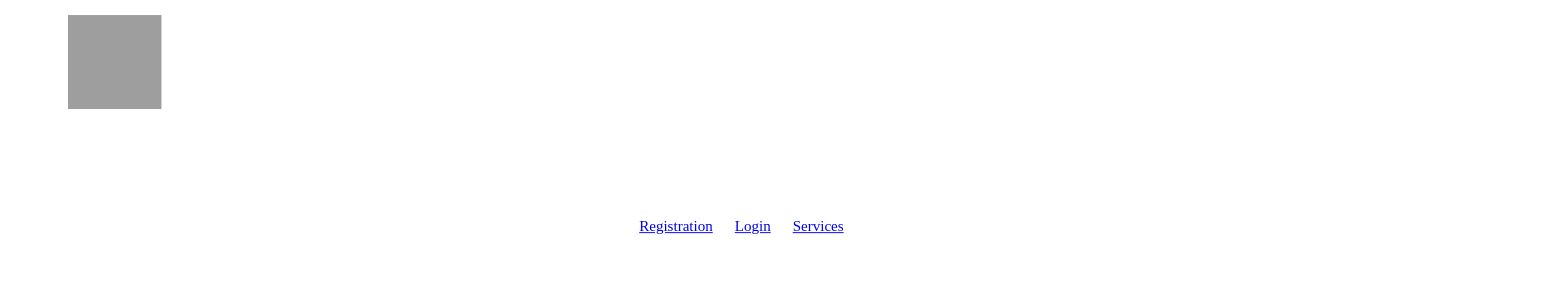
Repository: cb007/cbRepository
Page: http://localhost/SpringMvc/
The author's editor kept a copy of each file at every save. The page is drawn from the files as they stood at one save, then again after the next save.
The browser window is 1280 px wide. The page is 1651 px wide, then 1462 px, so the pictures cover 1651 px, including what lies to the right of the window. The pictures show the whole page, at 94% of full size.
Pictures or frames that could not be fetched are drawn as grey boxes. The page is served by Tomcat 9. Other server files are loaded and not shown.

Above is the page before, as saved 2017-02-23 12:02:36.

### spring-hibernate/SpringMvc/WebContent/index.jsp
<%@ page language="java" contentType="text/html; charset=ISO-8859-1"
    pageEncoding="ISO-8859-1"%>
<!DOCTYPE html>
<html>
<head>
<meta http-equiv="Content-Type" content="text/html; charset=ISO-8859-1">
<title>Welcome To The World Of Banking</title>
<link type="text/css" rel="stylesheet" href="styles/main.css">
</head>
<body>
<section>
<img src="images/Standard_Chartered.svg">
</section>
<div>
<p>${message}</p>
</div>
<section class="menu">
<ul>
<li><a href="#">Registration</a></li>
<li><a href="#">Login</a></li>
<li><a href="#">Services</a></li>
</ul>
</section>
</body>
</html>

### spring-hibernate/SpringMvc/WebContent/WEB-INF/dispatcher-servlet.xml
<beans xmlns="http://www.springframework.org/schema/beans"
 xmlns:xsi="http://www.w3.org/2001/XMLSchema-instance"
  xmlns:mvc="http://www.springframework.org/schema/mvc"
  xmlns:context="http://www.springframework.org/schema/context"
  xmlns:tx="http://www.springframework.org/schema/tx"
  xsi:schemaLocation="http://www.springframework.org/schema/mvc
   http://www.springframework.org/schema/mvc/spring-mvc-3.0.xsd
        http://www.springframework.org/schema/beans
         http://www.springframework.org/schema/beans/spring-beans.xsd
        http://www.springframework.org/schema/tx
         http://www.springframework.org/schema/tx/spring-tx-3.0.xsd
        http://www.springframework.org/schema/context
         http://www.springframework.org/schema/context/spring-context-3.0.xsd">

 <mvc:annotation-driven/>
 <mvc:resources location="/images/" mapping="/images/**"/>
 <mvc:resources location="/styles/" mapping="/styles/**"/>
 <context:annotation-config></context:annotation-config>
 <context:component-scan base-package="com.scope.banking"></context:component-scan>

 <!-- view resolver /WEB-INF -->
 <bean class="org.springframework.web.servlet.view.InternalResourceViewResolver">
 	<property name="suffix" value=".jsp"></property>
 </bean>

</beans>

### spring-hibernate/SpringMvc/WebContent/styles/main.css
section
{
	width:10%;
	height:50px;
	margin-left: 5%;

	float:left;
}
div
{
	width:80%;
	height:200px;
	margin-left: 15%;

}
p
{
	margin-left: 25%;
}
img
{
	width:100px;
	height:100px;
	margin-left: 1%;
}
.menu
{
	width:80%;
	height:200px;
	margin-left: 50%;
}
ul li
{
	display: inline;
	text-indent: none;
	margin-right: 2%;
}

### spring-hibernate/SpringMvc/src/com/scope/banking/controller/WelcomeController.java
package com.scope.banking.controller;

import org.springframework.stereotype.Controller;
import org.springframework.ui.ModelMap;
import org.springframework.web.bind.annotation.RequestMapping;
import org.springframework.web.bind.annotation.RequestMethod;

@Controller
public class WelcomeController {
	@RequestMapping(value="/welcome", method=RequestMethod.GET)
	public String welcomeMessage(ModelMap model){
		System.out.println("/welcome");
		model.addAttribute("message", "Welcome to Retail Workbench");
		return "index";

	}

	@RequestMapping(value="/product", method=RequestMethod.GET)
	public String happyMessage(ModelMap model){
		System.out.println("/product");
		model.addAttribute("message", "Thanks for applying products");
		return "product";

	}
}

After the next save:
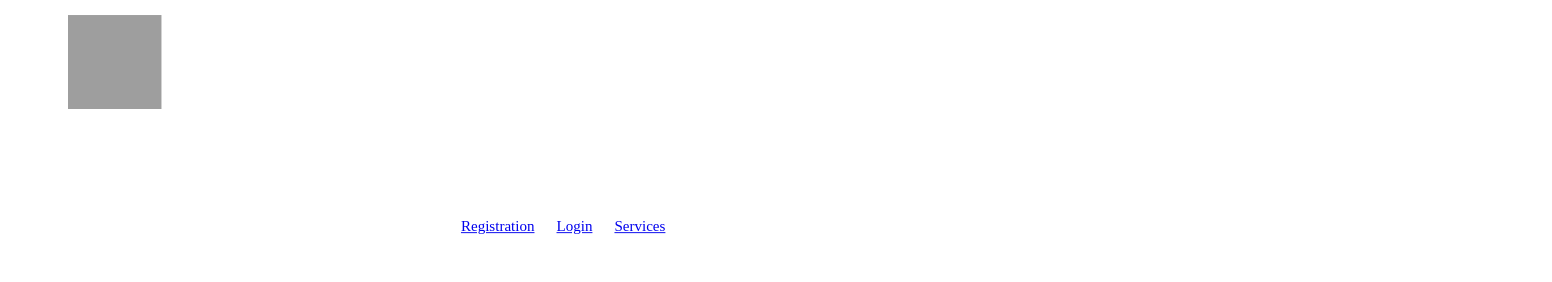
Saved 8 s later.
--- a/spring-hibernate/SpringMvc/WebContent/styles/main.css
+++ b/spring-hibernate/SpringMvc/WebContent/styles/main.css
@@ -27,7 +27,7 @@
 {
 	width:80%;
 	height:200px;
-	margin-left: 50%;
+	margin-left: 35%;
 }
 ul li
 {
